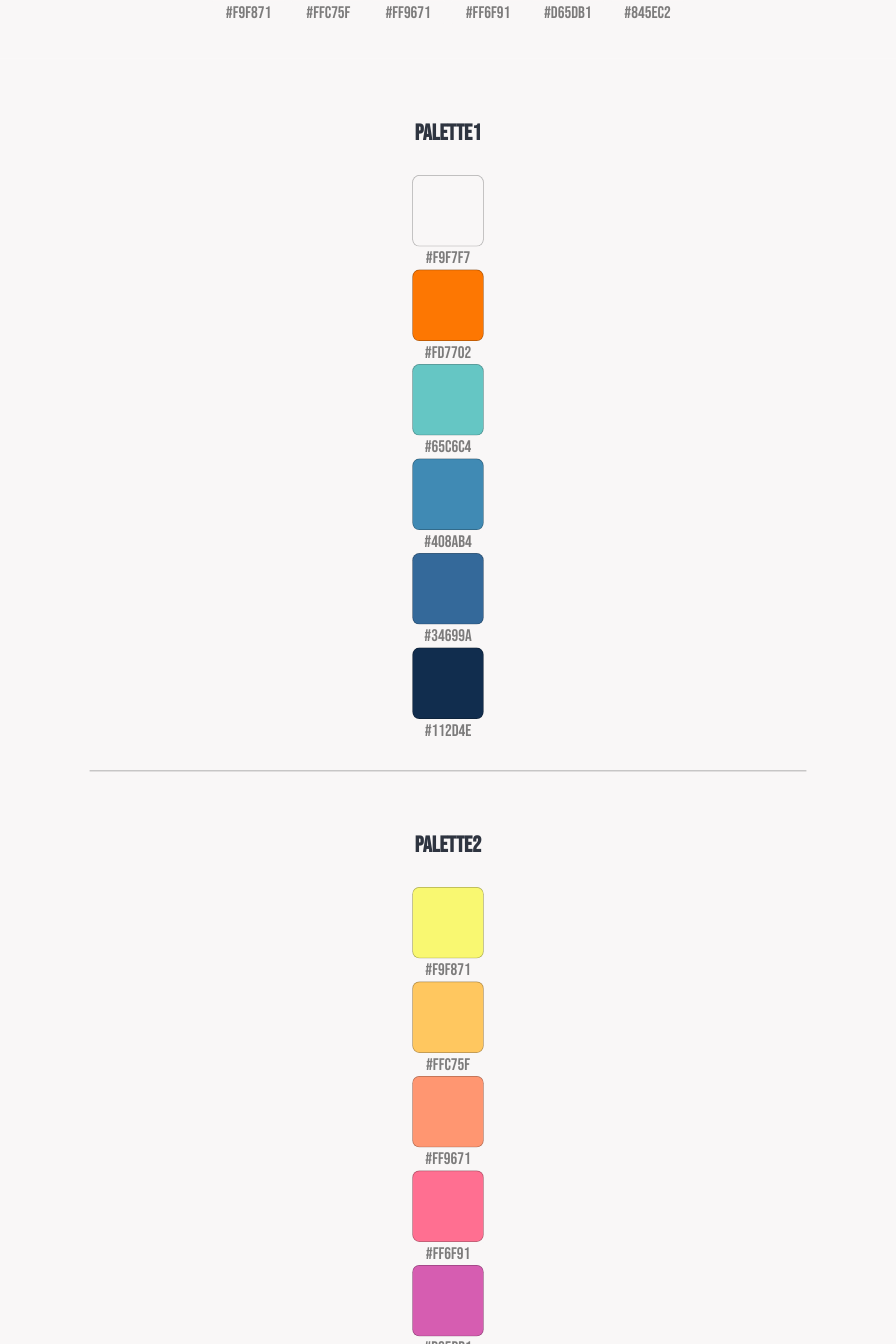
Repository: Ulvang01/WebTekProject
Page: src/index.html
The author's editor kept a copy of each file at every save. The page is drawn from the files as they stood at one save, then again after a run of saves.
The browser window is 1280 px wide. The pictures show the part of the page from y = 1373 to 3293 px (the page is 3552 px tall before and 2328 px after), at 70% of full size.
After loading, the first visible `#submit-btn` was clicked once.

Above is the page before, as saved 2022-11-04 16:24:25.

After the next 2 saves:
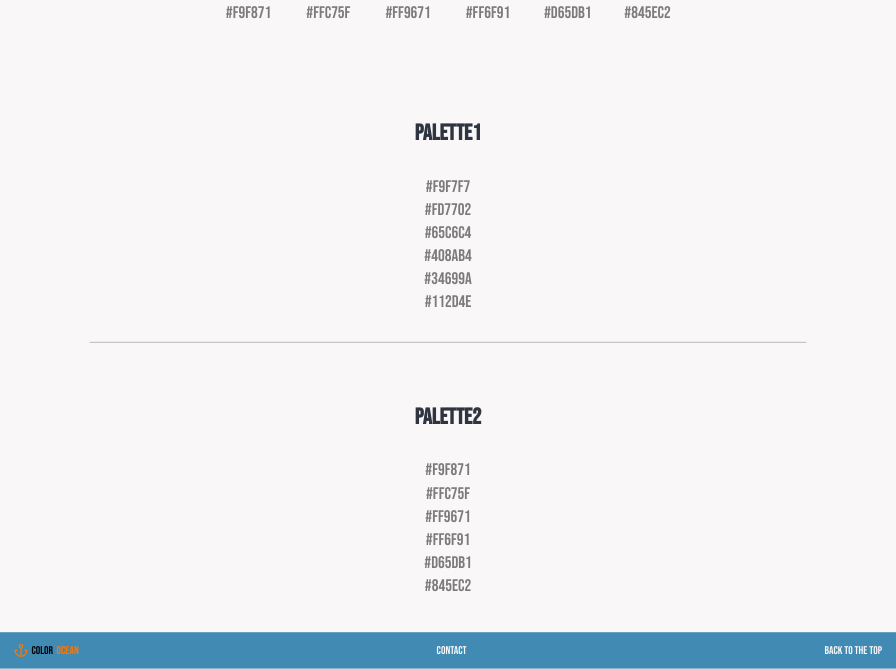
The 2 saves are shown as one change because they came seconds apart.
The last was saved 27 s later.
--- a/src/js/colorElementCreator.js
+++ b/src/js/colorElementCreator.js
@@ -27,6 +27,8 @@ const createComponents = (colorPalletes) => {
             colorCode.readOnly = true;
             colorContainer.appendChild(colorFrame);
             colorContainer.appendChild(colorCode);
+
+            colorBox.appendChild(colorFrame);
         });
 
         colorSection.appendChild(colorContainer);
